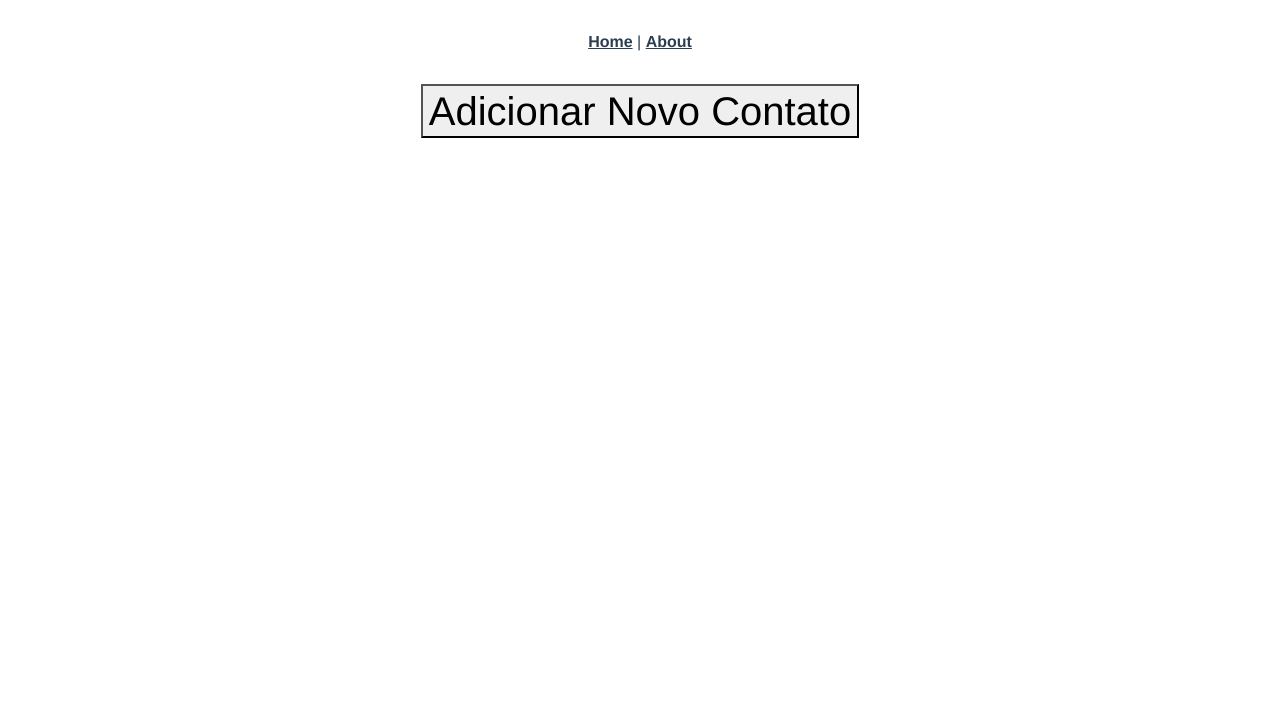
Repository: caiomitsuo/ContactsVueJs
Page: /lista
The author's editor kept a copy of each file at every save. The page is drawn from the files as they stood at one save, then again after a run of saves.
The browser window is 1280 px wide. The pictures show the whole page.
Pictures or frames that could not be fetched are drawn as grey boxes. The page's requests for data from a server got no answer. The project was rebuilt for these pictures with package versions that can differ from the ones it lists, and the page was loaded fresh each time. No one was signed in, and anything a server would have sent is missing. Also part of the build but not shown: vue.config.js, src/components/HelloWorld.vue, src/views/HomeView.vue. Imported but missing from the stored project, and not drawn on this page: ....

Above is the page before, as saved 2022-04-30 12:10:36.

### src/main.js
import Vue from 'vue'
import App from './App.vue'
import router from './router'
import store from './store'
import { BootstrapVue, IconsPlugin } from 'bootstrap-vue'
import './plugins/axios'

// Import Bootstrap and BootstrapVue CSS files (order is important)
import 'bootstrap/dist/css/bootstrap.css'
import 'bootstrap-vue/dist/bootstrap-vue.css'

// Make BootstrapVue available throughout your project
Vue.use(BootstrapVue)
// Optionally install the BootstrapVue icon components plugin
Vue.use(IconsPlugin)

Vue.config.productionTip = false

new Vue({
  router,
  store,
  render: h => h(App)
}).$mount('#app')

### src/App.vue
<template>
  <div id="app">
    <nav>
      <router-link to="/">Home</router-link> |
      <router-link to="/about">About</router-link>
    </nav>
    <router-view/>
  </div>
</template>
<script>
export default ({
  created() {
    this.$http.get('/ping').then((response) => {
      console.log(response)
    })
  },
})
</script>
<style>
#app {
  font-family: Avenir, Helvetica, Arial, sans-serif;
  -webkit-font-smoothing: antialiased;
  -moz-osx-font-smoothing: grayscale;
  text-align: center;
  color: #2c3e50;
}

nav {
  padding: 30px;
}

nav a {
  font-weight: bold;
  color: #2c3e50;
}

nav a.router-link-exact-active {
  color: #42b983;
}
</style>

### src/router/index.js
import Vue from 'vue'
import VueRouter from 'vue-router'
import HomeView from '../views/HomeView.vue'
import ListView from '../views/ListView.vue'
Vue.use(VueRouter)

const routes = [
  {
    path: '/',
    name: 'home',
    component: HomeView
  },
  {
    path: '/about',
    name: 'about',
    // route level code-splitting
    // this generates a separate chunk (about.[hash].js) for this route
    // which is lazy-loaded when the route is visited.
    component: () => import(/* webpackChunkName: "about" */ '../views/AboutView.vue')
  },
  {
    path: '/lista',
    name: 'lista',
    component:ListView
  }
]

const router = new VueRouter({
  mode: 'history',
  base: process.env.BASE_URL,
  routes
})

export default router

### src/plugins/axios.js
import Vue from 'vue'
import axios from 'axios'

axios.defaults.baseURL = 'http://127.0.0.1:8000/api/'

Vue.use({
    install(Vue){
        Vue.prototype.$http = axios
    }
})

### src/views/ListView.vue
<template>
  <h1>
      <button>Adicionar Novo Contato</button>

  </h1>
</template>

<script>
export default {

}
</script>

<style>

</style>

Loaded but not shown: public/index.html (common file); src/store/index.js (common file)

After the next 2 saves:
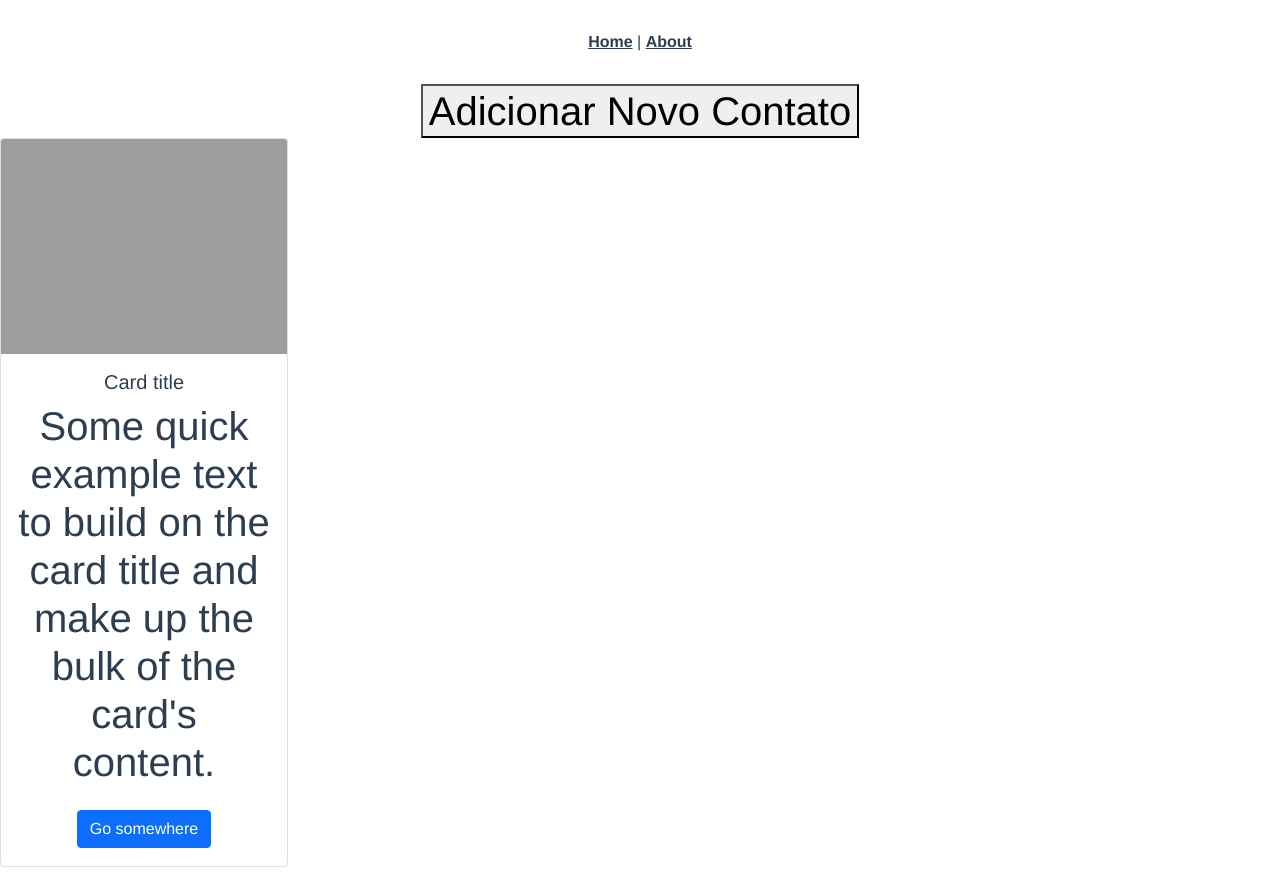
The 2 saves are shown as one change because they came seconds apart.
The last was saved 113 s later.
--- a/src/views/ListView.vue
+++ b/src/views/ListView.vue
@@ -1,7 +1,14 @@
 <template>
   <h1>
       <button>Adicionar Novo Contato</button>
-
+      <div class="card" style="width: 18rem;">
+    <img class="card-img-top" src="..." alt="Card image cap">
+    <div class="card-body">
+    <h5 class="card-title">Card title</h5>
+    <p class="card-text">Some quick example text to build on the card title and make up the bulk of the card's content.</p>
+    <a href="#" class="btn btn-primary">Go somewhere</a>
+  </div>
+</div>
   </h1>
 </template>
 
